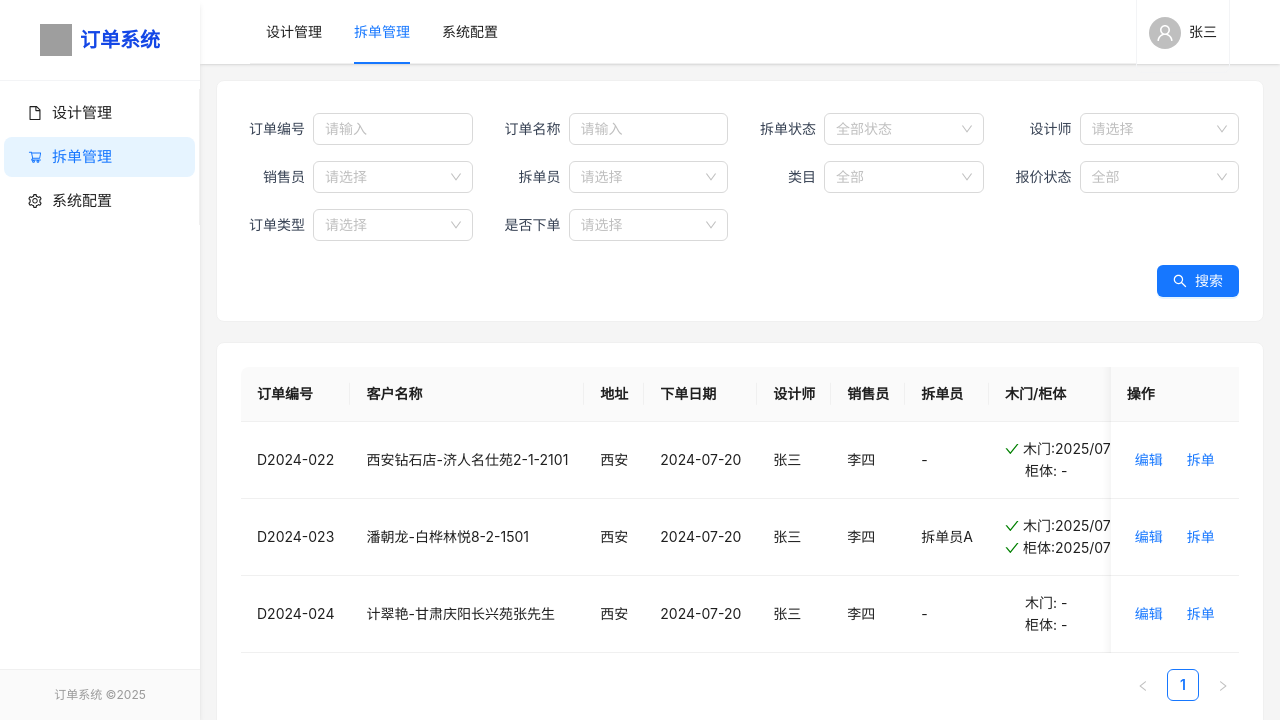
Repository: Garyxiwang/order_system
Page: /split (app in front/)
An editor plug-in stored every save of this project. The page is shown before and after the next save, followed by the edit.
The browser window is 1280 px wide. The pictures show the whole page.
Pictures or frames that could not be fetched are drawn as grey boxes. The project was rebuilt for these pictures with package versions that can differ from the ones it lists, and the page was loaded fresh each time. The framework's server and built-in components were replaced by stand-ins that run in the browser. Also part of the build but not shown: front/next.config.js, front/next.config.ts, front/src/app/split/editOrderModal.tsx, front/src/app/split/SplitOrderModal.tsx.

Above is the page before, as saved 2025-08-07 15:02:39.

After the next save:
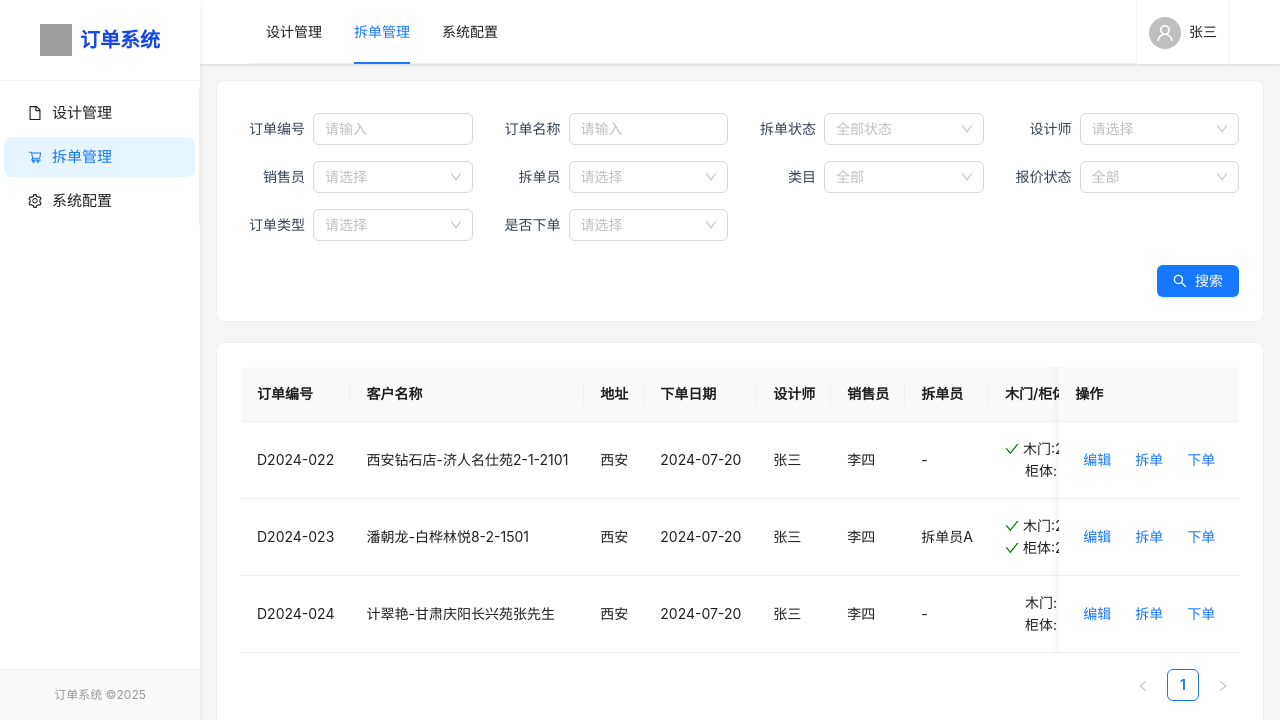
Saved 18 s later.
--- a/front/src/app/split/page.tsx
+++ b/front/src/app/split/page.tsx
@@ -244,17 +244,9 @@ const DesignPage: React.FC = () => {
         return text;
       },
     },
-    {
-      title: "定板日期",
-      dataIndex: "fixedTime",
-      key: "fixedTime",
-      render: (text: string) => {
-        if (!text) return "-";
-        return text;
-      },
-    },
-    {
-      title: "拆单完成日期",
+
+    {
+      title: "下单日期",
       dataIndex: "finishTime",
       key: "finishTime",
       render: (text: string) => {
@@ -314,6 +306,13 @@ const DesignPage: React.FC = () => {
           >
             拆单
           </Button>
+          <Button
+            type="link"
+            size="small"
+            onClick={() => showSplitModal(record)}
+          >
+            下单
+          </Button>
         </Space>
       ),
     },
